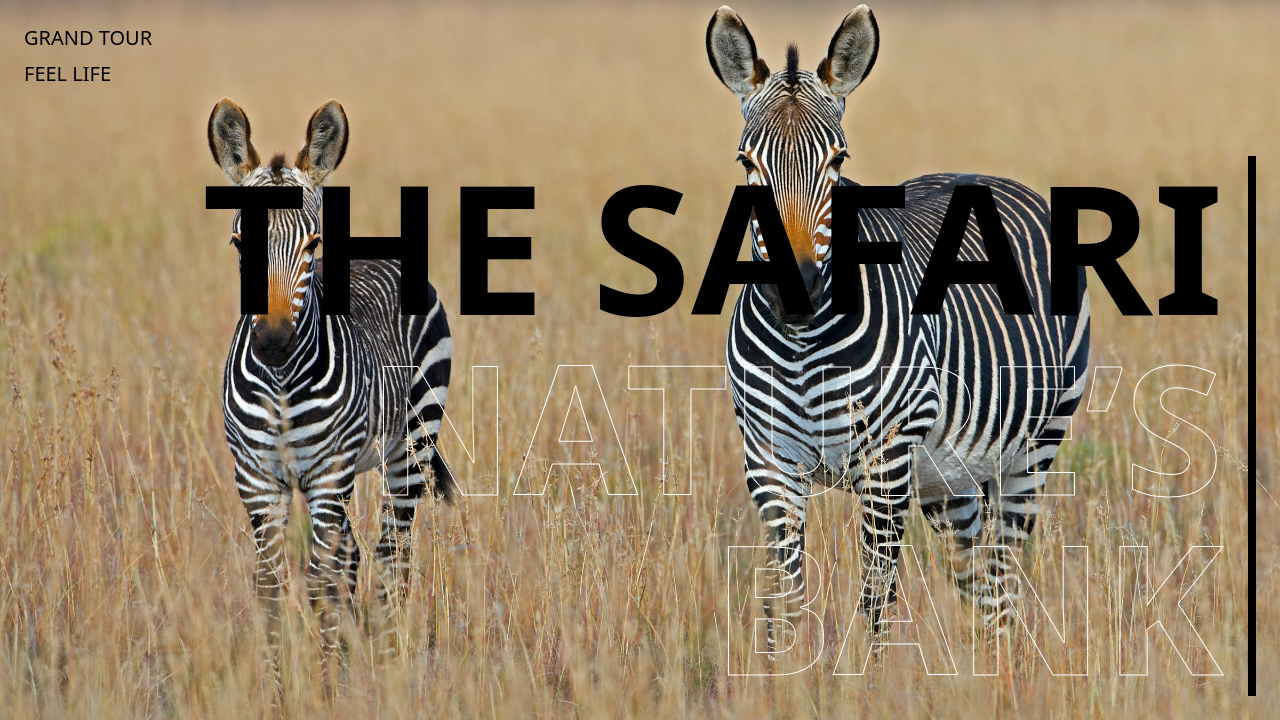
Repository: mikol-ux/Safari
Page: /
These files come from the project's save history. The page is drawn as it stood at one moment and after the next save; the edit follows.
The browser window is 1280 px wide. The pictures show the whole page.
The project was rebuilt for these pictures with package versions that can differ from the ones it lists, and the page was loaded fresh each time. The framework's server and built-in components were replaced by stand-ins that run in the browser. Also part of the build but not shown: next.config.ts.

Above is the page before, as saved 2025-05-29 02:53:55.

After the next save:
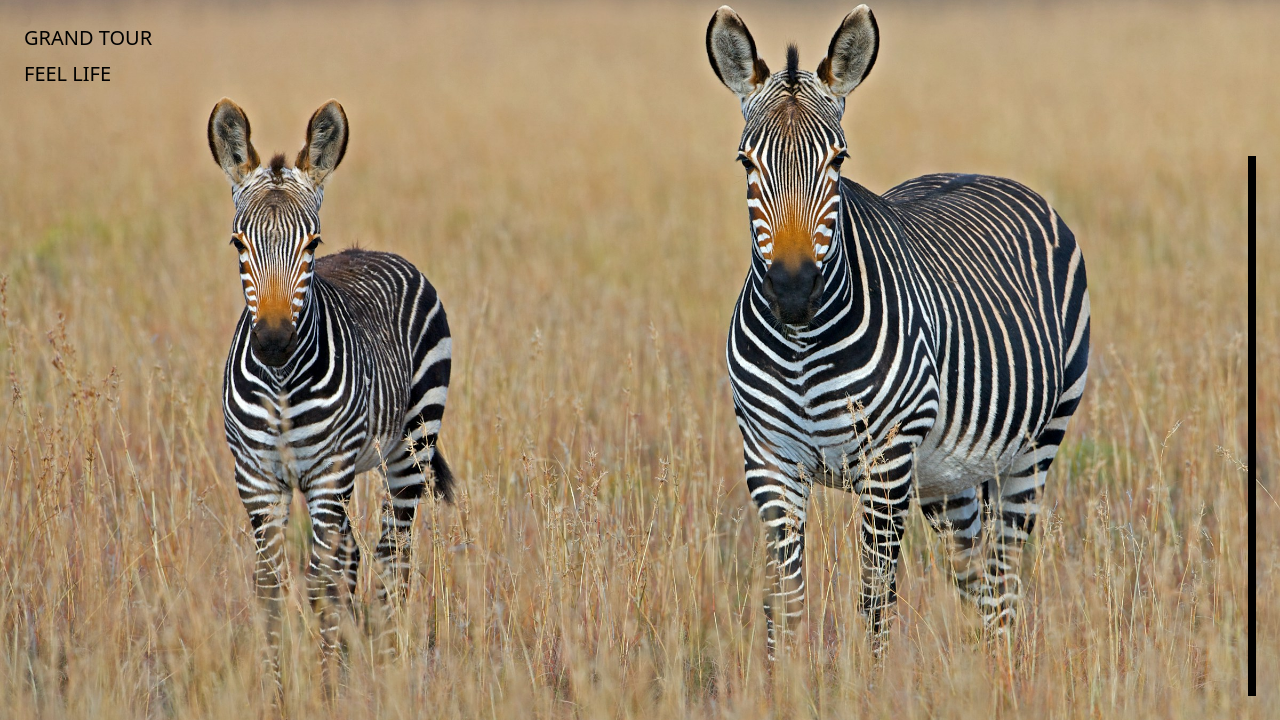
Saved 2 min 35 s later.
--- a/app/page.tsx
+++ b/app/page.tsx
@@ -36,10 +36,10 @@
 					<p className="text-xl uppercase">feel life</p>
 				</div>
 				<div className="text-right font-bold leading-none border-r-8 border-black overflow-hidden pr-[2%]">
-					<p className="introline text-[69px] min-[480px]:text-[90px] sm:text-[120px] lg:text-[150px] xl:text-[180px] 3xl:text-[215px]">
+					<p className="introline text-[69px] min-[480px]:text-[90px] sm:text-[120px] lg:text-[150px] xl:text-[180px] 3xl:text-[215px] opacity-0 -translate-x-full">
 						THE SAFARI
 					</p>
-					<p className="bigline text-[69px] min-[480px]:text-[90px] sm:text-[120px] lg:text-[150px] xl:text-[180px] 3xl:text-[215px]">
+					<p className="bigline text-[69px] min-[480px]:text-[90px] sm:text-[120px] lg:text-[150px] xl:text-[180px] 3xl:text-[215px] opacity-0 -translate-x-full">
 						NATURE’S BANK
 					</p>
 				</div>

After the save that followed:
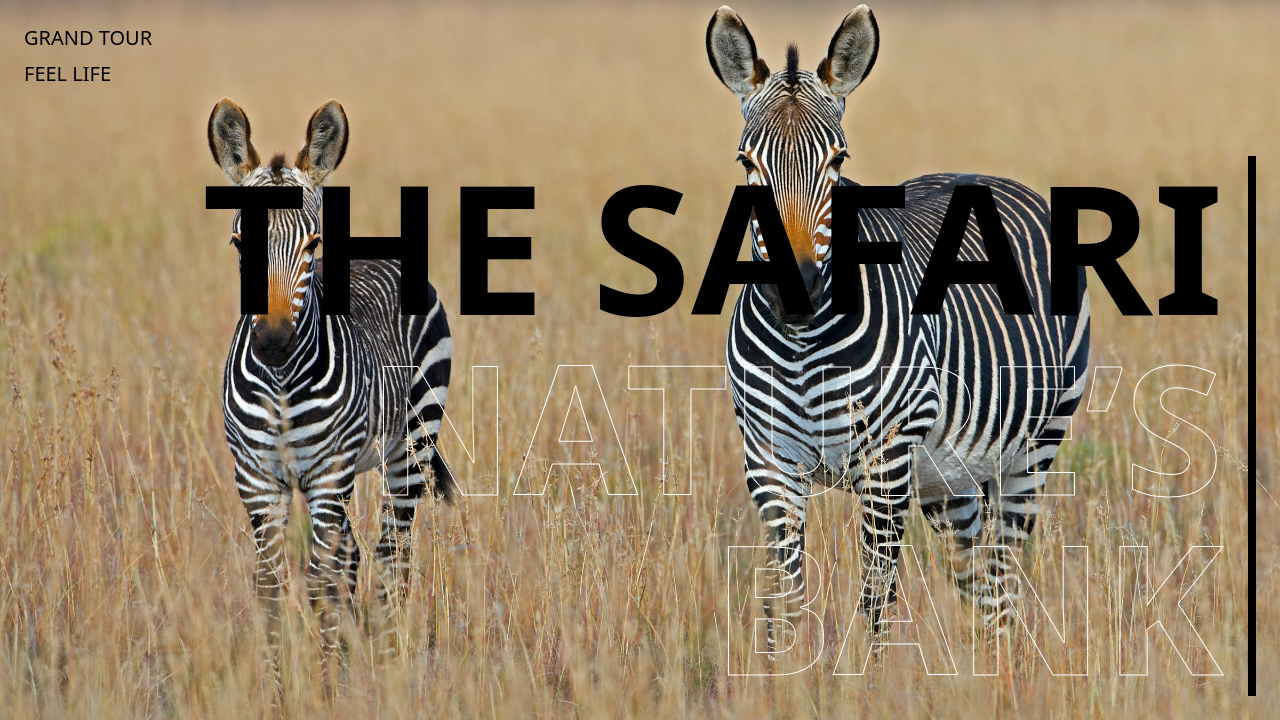
Saved 41 s later.
--- a/app/page.tsx
+++ b/app/page.tsx
@@ -36,10 +36,10 @@
 					<p className="text-xl uppercase">feel life</p>
 				</div>
 				<div className="text-right font-bold leading-none border-r-8 border-black overflow-hidden pr-[2%]">
-					<p className="introline text-[69px] min-[480px]:text-[90px] sm:text-[120px] lg:text-[150px] xl:text-[180px] 3xl:text-[215px] opacity-0 -translate-x-full">
+					<p className="introline text-[69px] min-[480px]:text-[90px] sm:text-[120px] lg:text-[150px] xl:text-[180px] 3xl:text-[215px]">
 						THE SAFARI
 					</p>
-					<p className="bigline text-[69px] min-[480px]:text-[90px] sm:text-[120px] lg:text-[150px] xl:text-[180px] 3xl:text-[215px] opacity-0 -translate-x-full">
+					<p className="bigline text-[69px] min-[480px]:text-[90px] sm:text-[120px] lg:text-[150px] xl:text-[180px] 3xl:text-[215px]">
 						NATURE’S BANK
 					</p>
 				</div>
